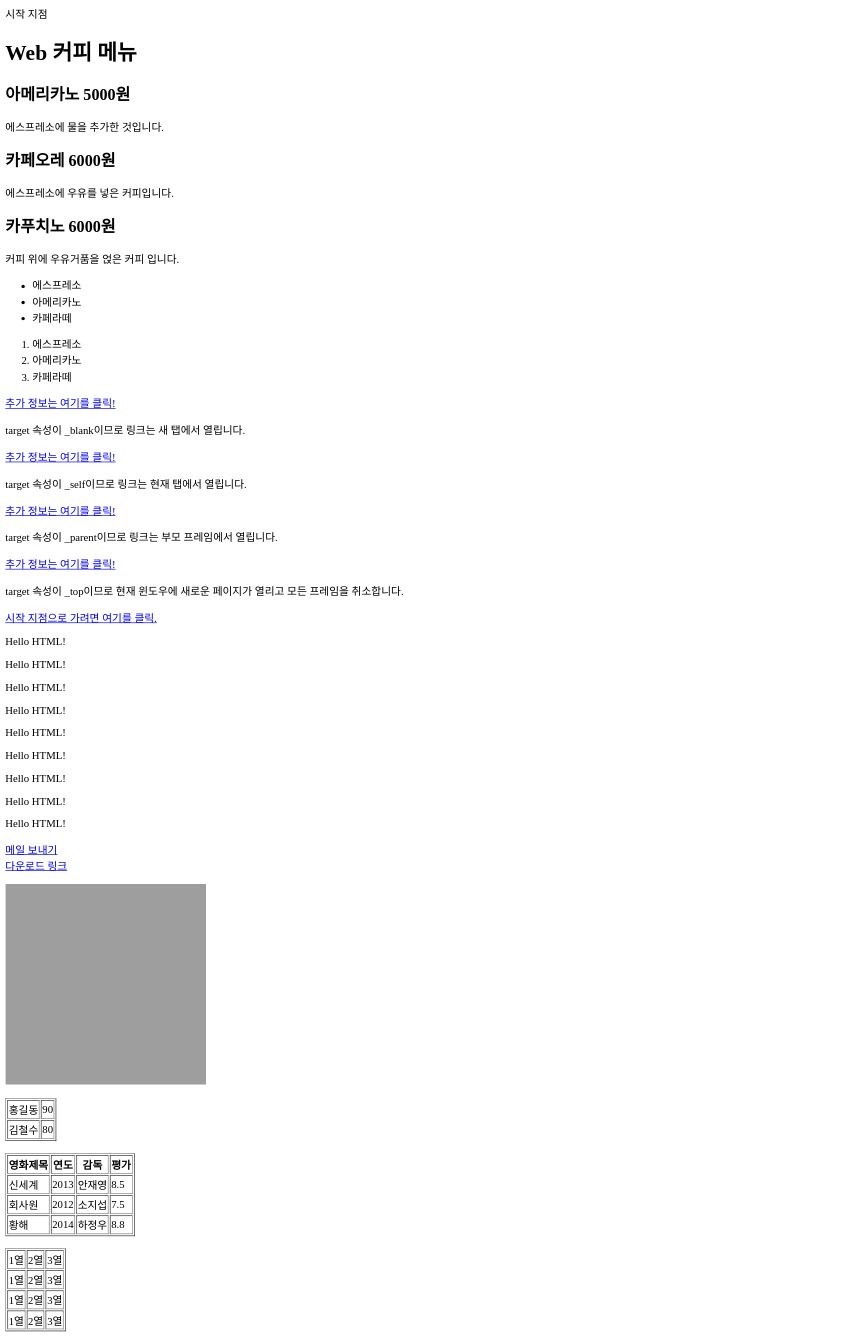
Repository: dhbaek2004/JSPex
Page: http://localhost/UX/UX_01.jsp
The author's editor kept a copy of each file at every save. The page is drawn from the files as they stood at one save, then again after the next save.
The browser window is 1280 px wide. The pictures show the whole page, at 67% of full size.
Pictures or frames that could not be fetched are drawn as grey boxes. The page is served by Tomcat 9.

Above is the page before, as saved 2020-08-25 09:57:26.

### Infrearn/UX/UX/WebContent/UX_01.jsp
<%@ page language="java" contentType="text/html; charset=EUC-KR"
    pageEncoding="EUC-KR"%>
<!DOCTYPE html>
<html>
<head>
<meta charset="EUC-KR">
<title>Web 커피 메뉴</title>
</head>

<body>

	<a id="section1">시작 지점</a>
	<h1>Web 커피 메뉴</h1>
	<h2>아메리카노 5000원</h2>
	<p>에스프레소에 물을 추가한 것입니다.</p>

	<h2>카페오레 6000원</h2>
	<p>에스프레소에 우유를 넣은 커피입니다.</p>

	<h2>카푸치노 6000원</h2>
	<p>커피 위에 우유거품을 얹은 커피 입니다.</p>

	<ul>
		<li>에스프레소</li>
		<li>아메리카노</li>
		<li>카페라떼</li>
	</ul>

	<ol>
		<li>에스프레소</li>
		<li>아메리카노</li>
		<li>카페라떼</li>
	</ol>

	<a href="http://www.google.com/" target="_blank">추가 정보는 여기를 클릭!</a>
	<p>target 속성이 _blank이므로 링크는 새 탭에서 열립니다.</p>
	<a href="http://www.google.com/" target="_self">추가 정보는 여기를 클릭!</a>
	<p>target 속성이 _self이므로 링크는 현재 탭에서 열립니다.</p>
	<a href="http://www.google.com/" target="_parent">추가 정보는 여기를 클릭!</a>
	<p>target 속성이 _parent이므로 링크는 부모 프레임에서 열립니다.</p>
	<a href="http://www.google.com/" target="_top">추가 정보는 여기를 클릭!</a>
	<p>target 속성이 _top이므로 현재 윈도우에 새로운 페이지가 열리고 모든 프레임을 취소합니다.</p>

	<a href="#section1">시작 지점으로 가려면 여기를 클릭.</a>

	<p> Hello HTML!</p>
	<p> Hello HTML!</p>
	<p> Hello HTML!</p>
	<p> Hello HTML!</p>
	<p> Hello HTML!</p>
	<p> Hello HTML!</p>
	<p> Hello HTML!</p>
	<p> Hello HTML!</p>
	<p> Hello HTML!</p>


	<a href="mailto:dhbaek2004@naver.com?subject=Feedback">메일 보내기</a> <br>

	<a href="http://www.company.com/data.zip">다운로드 링크</a> <br>

	<p> <img src="americano.png" alt="아메리카노 사진" width="300" height="300"> </p>

	<table border="1">

	<tr>
		<td>홍길동</td>
		<td>90</td>
	</tr>

	<tr>
		<td>김철수</td>
		<td>80</td>
	</tr>

	</table> <br>

	<table border="1">
	<tr>
		<th>영화제목</th>
		<th>연도</th>
		<th>감독</th>
		<th>평가</th>
	</tr>
	<tr>
		<td>신세계</td>
		<td>2013</td>
		<td>안재영</td>
		<td>8.5</td>
	</tr>

	<tr>
		<td>회사원</td>
		<td>2012</td>
		<td>소지섭</td>
		<td>7.5</td>
	</tr>

	<tr>
		<td>황해</td>
		<td>2014</td>
		<td>하정우</td>
		<td>8.8</td>
	</tr>
	</table>

	<br>

	<table border="1">
		<tr>
			<td>1열</td>
			<td>2열</td>
			<td>3열</td>
		</tr>
		<tr>
			<td>1열</td>
			<td>2열</td>
			<td>3열</td>
		</tr>
		<tr>
			<td>1열</td>
			<td>2열</td>
			<td>3열</td>
		</tr>
		<tr>
			<td>1열</td>
			<td>2열</td>
			<td>3열</td>
		</tr>

	</table>


</body>


</html>

After the next save:
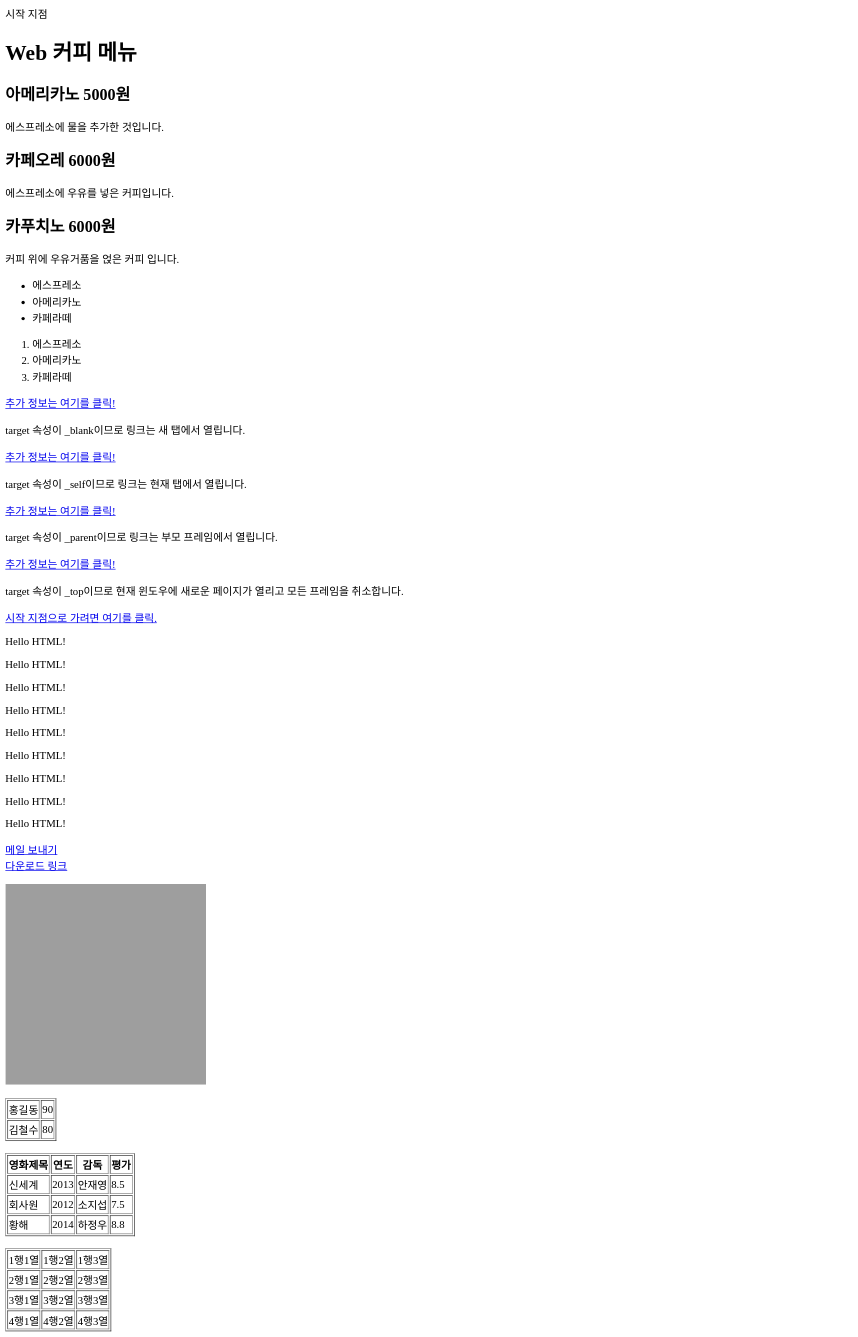
Saved 49 s later.
--- a/Infrearn/UX/UX/WebContent/UX_01.jsp
+++ b/Infrearn/UX/UX/WebContent/UX_01.jsp
@@ -107,24 +107,24 @@
 
 	<table border="1">
 		<tr>
-			<td>1열</td>
-			<td>2열</td>
-			<td>3열</td>
+			<td>1행1열</td>
+			<td>1행2열</td>
+			<td>1행3열</td>
 		</tr>
 		<tr>
-			<td>1열</td>
-			<td>2열</td>
-			<td>3열</td>
+			<td>2행1열</td>
+			<td>2행2열</td>
+			<td>2행3열</td>
 		</tr>
 		<tr>
-			<td>1열</td>
-			<td>2열</td>
-			<td>3열</td>
+			<td>3행1열</td>
+			<td>3행2열</td>
+			<td>3행3열</td>
 		</tr>
 		<tr>
-			<td>1열</td>
-			<td>2열</td>
-			<td>3열</td>
+			<td>4행1열</td>
+			<td>4행2열</td>
+			<td>4행3열</td>
 		</tr>
 
 	</table>
